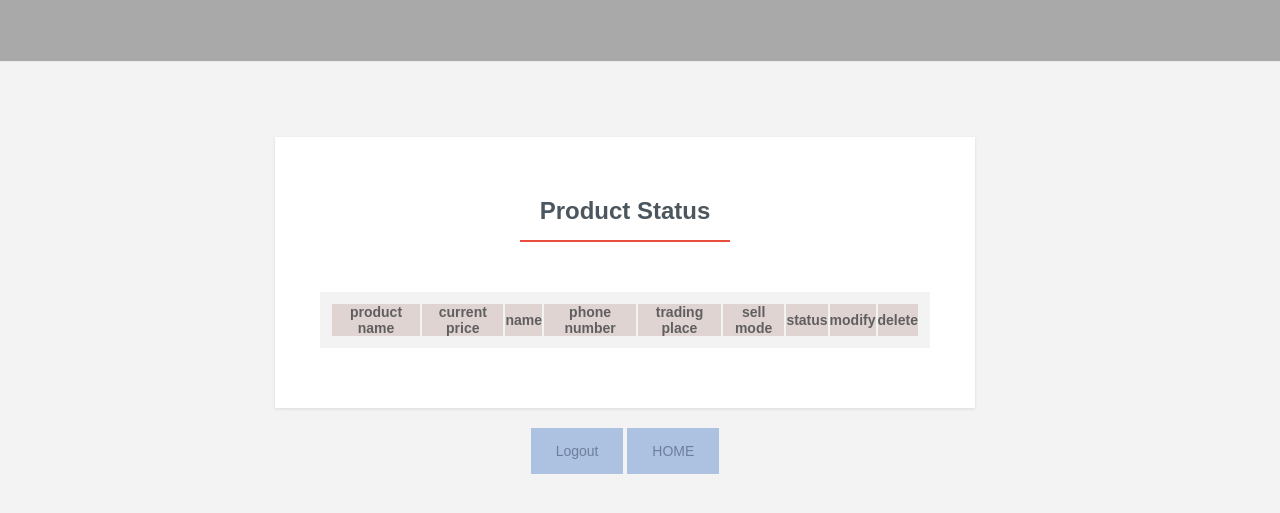
Repository: 0suh/SKKU_Web_project
Page: http://localhost/2018312257_YoungSuhChin_project/productstatus.jsp
The author's editor kept a copy of each file at every save. The page is drawn from the files as they stood at one save, then again after the next save.
The browser window is 1280 px wide. The pictures show the whole page.
The page is served by Tomcat 9. Queries for data that is not in the repository find no rows.

Above is the page before, as saved 2020-12-21 07:03:53.

### FinalProject/2018312257_YoungSuhChin_project/WebContent/productstatus.jsp
<%@ page language="java" contentType="text/html; charset=utf-8"
    pageEncoding="utf-8"%>
<%@ page import="java.util.*" %>

<!DOCTYPE html>
<%@ page import = "java.sql.*" %>
<html>
<head>
<meta charset="utf-8">
<title>product status</title>
<link rel="stylesheet" href="css/main.css"> <!-- link with css file -->
<link rel="stylesheet" href="css/login-register.css"> <!-- link with css file -->
</head>
<body>
<ul>
<li></li>
</ul>

<div class="main-content">
<%
response.setContentType("text/html;charset=utf-8");
request.setCharacterEncoding("utf-8"); //set charset, encoding
Class.forName("com.mysql.cj.jdbc.Driver"); //load driver
Connection con=null; //declare connection
Statement stmt=null; //declare statement
ResultSet rs=null; //declare result

try
{
	con=DriverManager.getConnection("jdbc:mysql://localhost:3306/dbuser","root","root"); //create connection
	stmt=con.createStatement();

	String query="select productname,price,name,phonenumber,tradingplace,sellmode,status from product"; //sql select query
	rs=stmt.executeQuery(query); //execute query and store in resultset object rs.
%>
   <form class="form-register" action="memberdelete.jsp" method="post"  > <!-- goto memberdelete.jsp -->

   <div class="form-register-with-ID">
   <div class="form-white-background" style="width:700px">
     <div class="form-title-row">
    <h1>Product Status</h1>
    </div>

   <table style="color:#5f5f5f;background-color: #f3f3f3;text-align: center;padding:10px;width:100%;margin:0px auto">

   <tr style="background-color:#e0d4d3">
   <td>product name</td> <!-- table for product name -->
   <td>current price</td> <!-- table for price -->
   <td>name</td> <!-- table for name -->
   <td>phone number</td> <!-- table for phone number -->
   <td>trading place</td> <!-- table for trading place -->
   <td>sell mode</td> <!-- table for sell mode -->
   <td>status</td><!-- table for status -->
   <td>modify</td> <!-- table for modify -->
   <td>delete</td> <!-- table for delete -->
   </tr>
   <%
   while(rs.next()){ //get object's field value
	   %>
	   <tr>

	   <td><%=rs.getString("productname") %></td> <!-- get product name -->
	   <td><%=rs.getString("price") %></td> <!-- get price -->
	   <td><%=rs.getString("name") %></td> <!-- get name -->
	   <td><%=rs.getString("phonenumber") %></td> <!-- get phone number -->
	   <td><%=rs.getString("tradingplace") %></td> <!-- get trading place -->
	   <td><%=rs.getString("sellmode") %></td> <!-- get sellmode -->
	   <td><%=rs.getString("status") %></td> <!-- get status -->
	   <td><a href="modifyproduct.jsp?mod=<%=rs.getString("productname") %>" style="text-decoration: none; color:#6caee0">modify</a></td><!-- modify member -->
	   <td><a href="deleteproduct.jsp?del=<%=rs.getString("productname") %>" style="text-decoration: none; color:#6caee0">delete</a></td><!-- delete member -->
     </tr>
     <%
     } //end of the while
   %>
     </table>
     </div>
     <a href="logout.jsp" class="form-log-in-with-existing">Logout</a> <!-- log out -->

   <a href="welcomeseller.jsp" class="form-log-in-with-existing">HOME</a> <!-- return to home page -seller -->
    </div>
   </form>
   <%
   rs.close(); // ResultSet exit
   stmt.close(); // Statement exit
   con.close();  // Connection exit
}
   catch(SQLException e){
   out.println("err:"+e.toString());
   }
   %>
   </div>

</body>
</html>

### FinalProject/2018312257_YoungSuhChin_project/WebContent/css/main.css
@import url('http://fonts.googleapis.com/css?family=Open+Sans:400,700');

*{ /*entire setting*/
    margin: 0;
    padding: 0;
    box-sizing: border-box;
}

html{
	background-color: #efefef;
}

body{
	font:14px/1.5 Arial, Helvetica, sans-serif;
	margin:0;
}


ul {/*ul design (menu bar)*/
    list-style: none;
    border-bottom: 1px solid #EAEAEA;
    background-color: #A9A9A9;
    padding: 20px;
    margin-top: 0;
    text-align: center;
    margin-bottom: 75px;
}

ul a{/*ul menu bar link design*/
    text-decoration: none;
    color: #FFF;
    text-align: left;
    background-color: #bfcbde;
    padding: 10px 16px;
    border-radius: 2px;
    opacity: 0.8;
    font-size: 16px;
    display: inline-block;
    margin: 4px;
    line-height: 1;
    outline: none;

    transition: 0.2s ease;
}

ul li a.active{ /*menu hyperlink effect*/
    background-color:#bfcbde;
    pointer-events: none;
}

ul li a:hover { /*when mouse is on hyperlink*/
    opacity: 1;
}


ul li{ /*list design*/
    display: inline-block;

}


.main-content{/*main-content div design*/
    margin-bottom: 75px;
}

### FinalProject/2018312257_YoungSuhChin_project/WebContent/css/login-register.css
html{/*entire html color*/
    background-color: #f3f3f3;
}

.form-register{ /*div form-register design*/
    max-width: 1000px;
    width: 100%;
    margin: 0 auto;
    font: bold 14px sans-serif;
    text-align: center;
}

.form-register-with-ID{/*div form register ID*/
    position: relative;
    display: inline-block;
    vertical-align: top;
    margin-right: 30px;
    text-align: center;
}

.form-register-with-ID .form-white-background{/*div form white background design*/
    width: 570px;
    box-sizing: border-box;
    background-color: #ffffff;
    box-shadow: 0 1px 3px 0 rgba(0, 0, 0, 0.1);
    padding: 60px 45px;
    margin-bottom: 35px;
}

.form-register-with-ID .form-row{ /*form low design*/
    text-align: left;
    margin-bottom: 23px;
}

.form-register-with-ID .form-title-row{ /*form title row design*/
    text-align: center;
    margin-bottom: 50px;
}

.form-register-with-ID h1{ /*h1 text design in form register with ID div*/
    display: inline-block;
    box-sizing: border-box;
    color:  #4c565e;
    font-size: 24px;
    padding: 0 20px 15px;
    border-bottom: 2px solid #e74c3c;
    margin: 0;
}

.form-register-with-ID .form-row > label span{ /*label span design*/
    display: inline-block;
    box-sizing: border-box;
    color:  #5f5f5f;
    width: 125px;
    text-align: right;
    padding-right: 25px;
}
.classification-checkbox{ /*input type:check box design*/
	display: inline-block;
	box-sizing:border-box;
	width: 125px;
	text-align:center;
	color:  #5f5f5f;
}
#classification{/*id=classification design*/
	margin-right: 10px;

}
.form-register-with-ID input{/*register input blank design*/
    color:  #5f5f5f;
    box-sizing: border-box;
    width: 230px;
    box-shadow: 1px 2px 4px 0 rgba(0, 0, 0, 0.08);
    padding: 12px 18px;
    border: 1px solid #dbdbdb;
}
.form-register-with-ID button{/*register ID button*/
    display: block;
    border-radius: 2px;
    background-color:  #6caee0;
    color: #ffffff;
    font-weight: bold;
    box-shadow: 1px 2px 4px 0 rgba(0, 0, 0, 0.08);
    padding: 15px 35px;
    border: 0;
    margin: 55px auto 0;
    cursor: pointer;
}

.form-register-with-ID .form-log-in-with-existing{/*form log in with existing-div design*/
    text-decoration: none;
    padding: 15px 25px;
    font-weight: normal;
    color: #6d7f9c;
    background-color: #adc1e0;
}

After the next save:
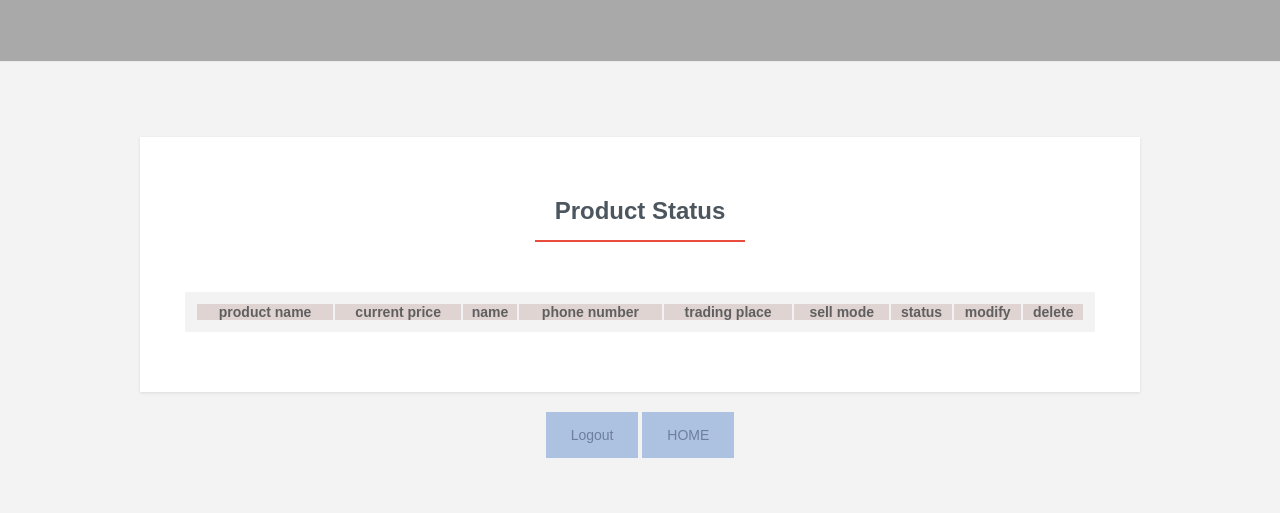
Saved 22 s later.
--- a/FinalProject/2018312257_YoungSuhChin_project/WebContent/productstatus.jsp
+++ b/FinalProject/2018312257_YoungSuhChin_project/WebContent/productstatus.jsp
@@ -36,7 +36,7 @@ try
    <form class="form-register" action="memberdelete.jsp" method="post"  > <!-- goto memberdelete.jsp -->
 
    <div class="form-register-with-ID">
-   <div class="form-white-background" style="width:700px">
+   <div class="form-white-background" style="width:1000px">
      <div class="form-title-row">
     <h1>Product Status</h1>
     </div>
